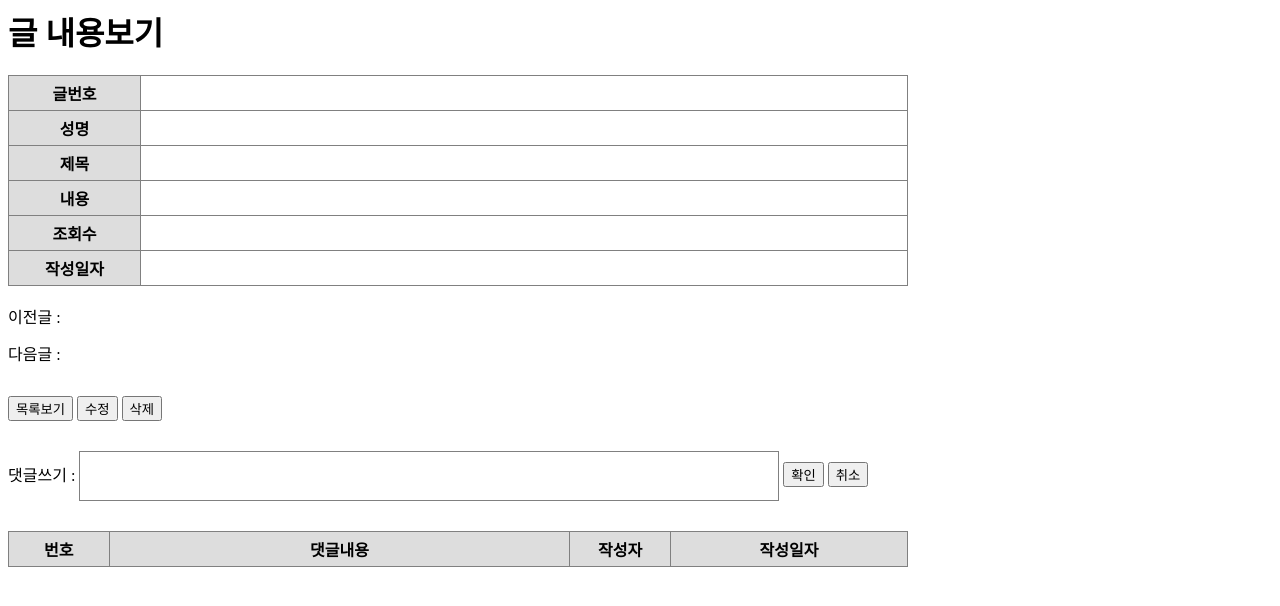
Repository: gold37/Spring
Page: http://localhost/Board/WEB-INF/views/tiles1/board/view.jsp
An editor plug-in stored every save of this project. The page is shown before and after the next save, followed by the edit.
The browser window is 1280 px wide. The pictures show the whole page.
The page is served by Tomcat 9. Nobody is signed in. The template is opened directly, without the code that normally fills it, so the values that code supplies are empty.

Above is the page before, as saved 2020-07-17 06:23:43.
Console error: ReferenceError: $ is not defined

After the next save:
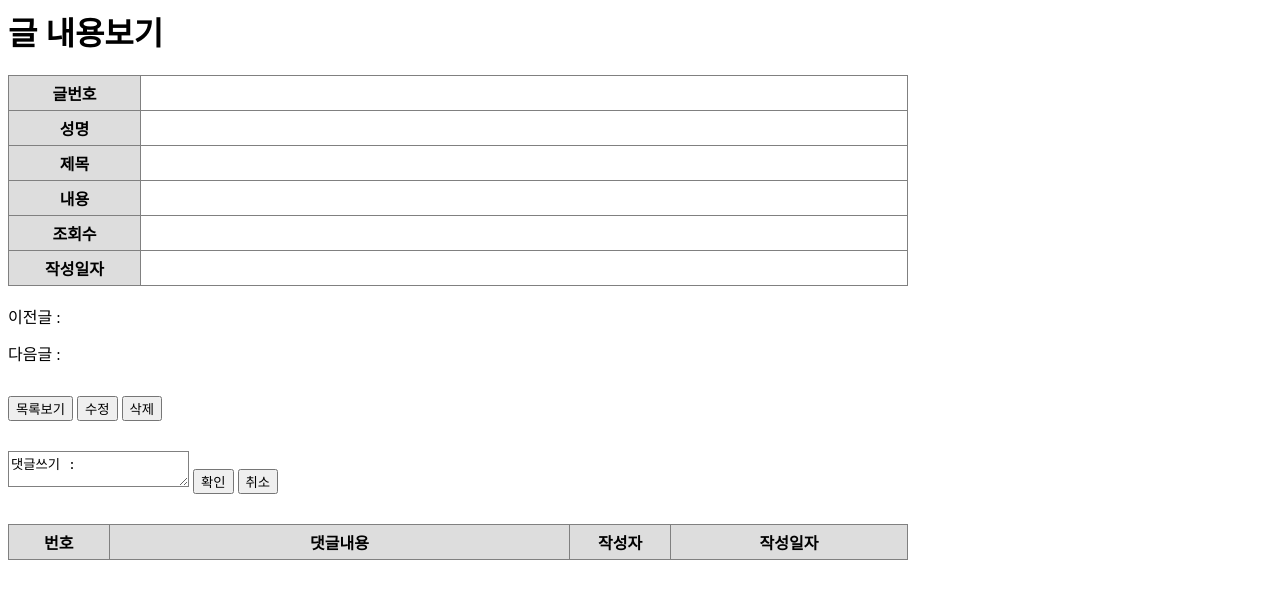
Saved 19 min 26 s later.
--- a/springworkspace/Board/src/main/webapp/WEB-INF/views/tiles1/board/view.jsp
+++ b/springworkspace/Board/src/main/webapp/WEB-INF/views/tiles1/board/view.jsp
@@ -96,7 +96,7 @@ a {text-decoration: none !important;}
 
 
 	<div style="margin-top: 30px;">
-		댓글쓰기 : <input type="text" style="width:700px; height: 50px;" >
+		<textarea rows="" cols="">댓글쓰기 :</textarea>
 		<button>확인</button>
 		<button>취소</button>
 	</div>
